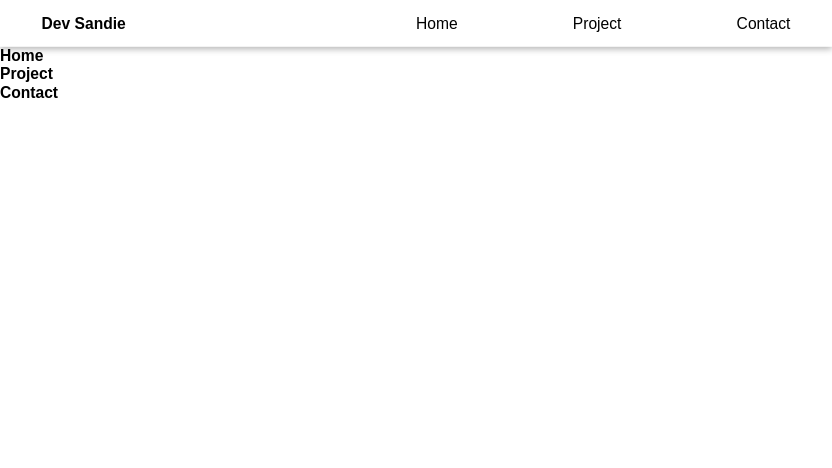
Repository: iphyokafor/fluid-navbar
Page: index.html
An editor plug-in stored every save of this project. The page is shown before and after the next save, followed by the edit.
The browser window is 1280 px wide. The pictures show the whole page, at 65% of full size.

Above is the page before, as saved 2020-01-07 01:44:42.

### index.html
<!DOCTYPE html>
<html lang="en">

<head>
    <meta charset="UTF-8">
    <meta name="viewport" content="width=device-width, initial-scale=1.0">
    <meta http-equiv="X-UA-Compatible" content="ie=edge">
    <title>Fluid Navbar</title>
    <link rel="stylesheet" href="style.css">
</head>

<body>
    <header>
        <nav>
            <h1>Dev Sandie</h1>
            <ul>
                <li><a data-page="home" href="#">Home</a></li>
                <li><a data-page="project" href="project">Project</a></li>
                <li><a data-page="contact" href="contact">Contact</a></li>
            </ul>
        </nav>
    </header>
    <main>
        <section data-index="0" class="home">
            <h2>Home</h2>
        </section>
        <section data-index="1" class="project">
            <h2>Project</h2>
        </section>
        <section data-index="2" class="contact">
            <h2>Contact</h2>
        </section>
    </main>
    <script src="./app.js"></script>
</body>

</html>

### style.css
* {
    margin: 0;
    padding: 0;
    box-sizing: border-box;
}

body {
    font-family: sans-serif;
}

header {
    box-shadow: 0px 3px 10px rgba(0, 0, 0, 0.3);
    position: sticky;
    top: 0px;
    background: white;
}

nav {
    min-height: 10vh;
    margin: auto;
    width: 90%;
    display: flex;
    align-items: center;
    justify-content: space-between;
}

nav h1,
nav ul {
    font-size: 1.5rem;
    flex: 1;
}

nav ul {
    list-style: none;
    display: flex;
    justify-content: space-between;
}

nav a {
    color: black;
    text-decoration: none;
}

Loaded but not shown: app.js (no copy from this time; the picture is the same without it)

After the next save:
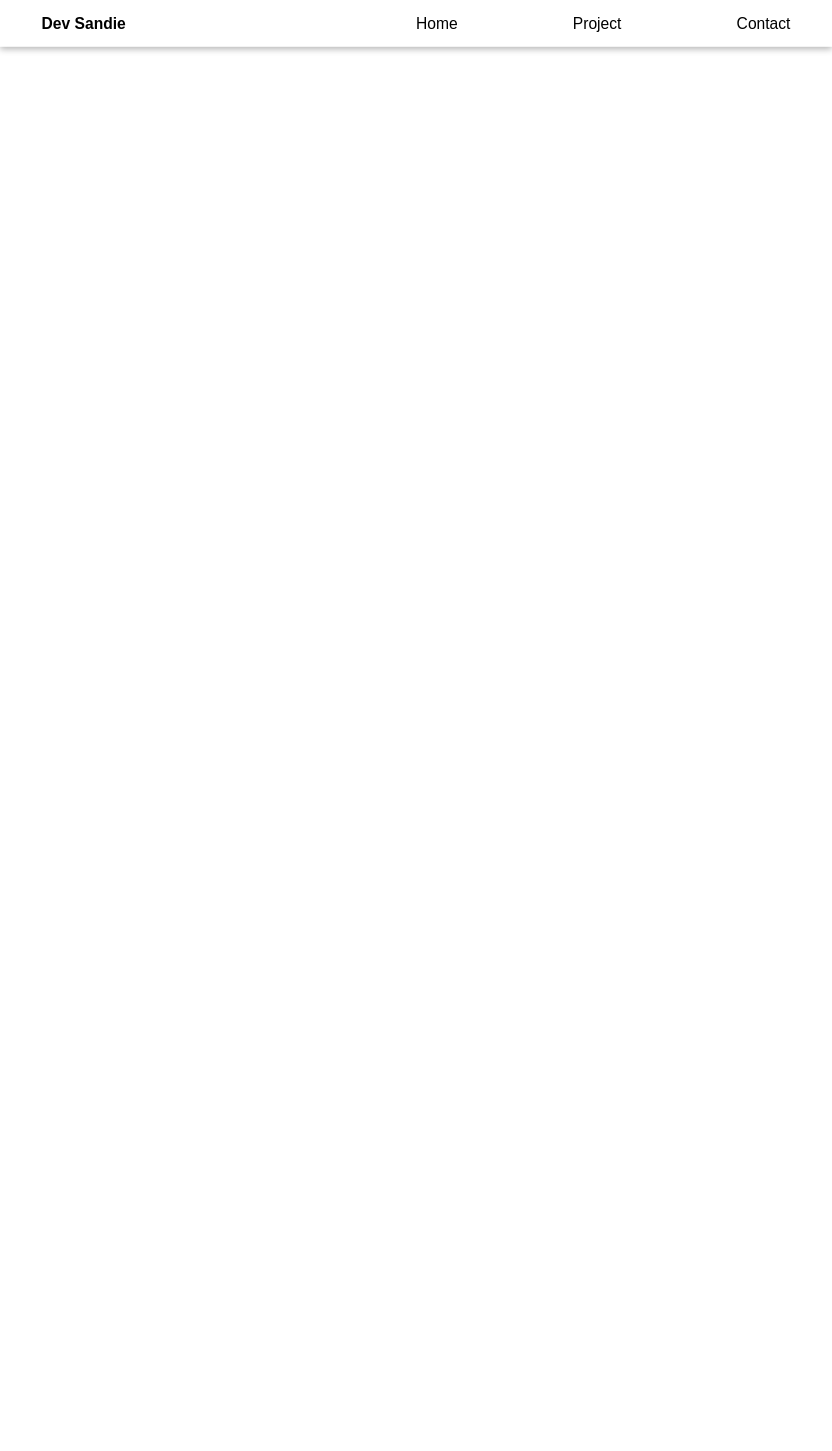
Saved 2 min 29 s later.
--- a/style.css
+++ b/style.css
@@ -40,3 +40,15 @@ nav a {
     color: black;
     text-decoration: none;
 }
+
+section {
+    min-height: 100vh;
+    display: flex;
+    justify-content: center;
+    align-items: center;
+}
+
+section h2 {
+    font-size: 5rem;
+    color: white;
+}
